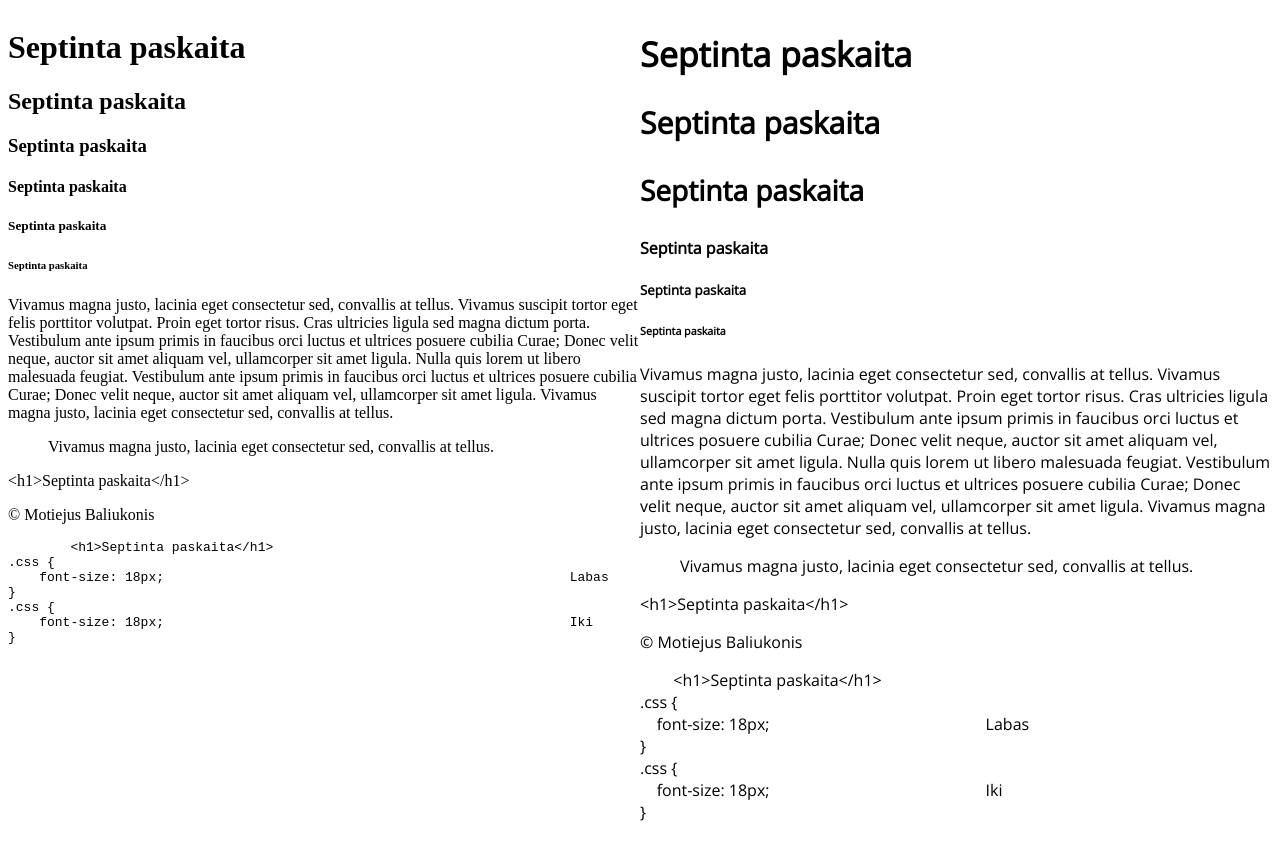
Repository: motiejus1/07-paskaita-05.31
Page: index.html
These files come from the project's save history. The page is drawn as it stood at one moment and after a run of saves; the edit follows.
The browser window is 1280 px wide. The pictures show the whole page.

Above is the page before, as saved 2021-06-10 19:51:27.

### index.html
<!DOCTYPE html>
<html lang="en">
<head>
    <meta charset="UTF-8">
    <meta http-equiv="X-UA-Compatible" content="IE=edge">
    <meta name="viewport" content="width=device-width, initial-scale=1.0">
    <title>Septinta paskaita</title>

    <link rel="preconnect" href="https://fonts.gstatic.com">
    <link href="https://fonts.googleapis.com/css2?family=Open+Sans&display=swap" rel="stylesheet">

    <style>
        .container {
            width: 100%;
        }

        .left, .right {
            float:left;
            width: 50%;
        }

        .right {
            font-family: 'Open Sans', sans-serif;
        }

        .right pre {
            font-family: 'Open Sans', sans-serif;
        }


        .right h1 {
            /* font-family: 'Open Sans', sans-serif; */
            font-size: 34px;
        }

        .right h2 {
            font-size: 30px;
        }

        .right h3 {
            font-size: 28px;
        }

        .right h3 {
            font-size: 28px;
        }

    </style>
</head>
<body>
    <div class="container">
        <div class="left">
            <h1>Septinta paskaita</h1>
            <h2>Septinta paskaita</h2>
            <h3>Septinta paskaita</h3>
            <h4>Septinta paskaita</h4>
            <h5>Septinta paskaita</h5>
            <h6>Septinta paskaita</h6>

            <p>Vivamus magna justo, lacinia eget consectetur sed, convallis at tellus. Vivamus suscipit tortor eget felis porttitor volutpat. Proin eget tortor risus. Cras ultricies ligula sed magna dictum porta. Vestibulum ante ipsum primis in faucibus orci luctus et ultrices posuere cubilia Curae; Donec velit neque, auctor sit amet aliquam vel, ullamcorper sit amet ligula. Nulla quis lorem ut libero malesuada feugiat. Vestibulum ante ipsum primis in faucibus orci luctus et ultrices posuere cubilia Curae; Donec velit neque, auctor sit amet aliquam vel, ullamcorper sit amet ligula. Vivamus magna justo, lacinia eget consectetur sed, convallis at tellus.</p>

            <blockquote>Vivamus magna justo, lacinia eget consectetur sed, convallis at tellus.</blockquote>

            <p> &lt;h1&gt;Septinta paskaita&lt;/h1&gt;  </p>
            <p>&copy; Motiejus Baliukonis</p>

            <pre>
        &lt;h1&gt;Septinta paskaita&lt;/h1&gt;
.css {
    font-size: 18px;                                                    Labas
}
.css {
    font-size: 18px;                                                    Iki
}
            </pre>
        </div>
        <div class="right">
            <h1>Septinta paskaita</h1>
            <h2>Septinta paskaita</h2>
            <h3>Septinta paskaita</h3>
            <h4>Septinta paskaita</h4>
            <h5>Septinta paskaita</h5>
            <h6>Septinta paskaita</h6>

            <p>Vivamus magna justo, lacinia eget consectetur sed, convallis at tellus. Vivamus suscipit tortor eget felis porttitor volutpat. Proin eget tortor risus. Cras ultricies ligula sed magna dictum porta. Vestibulum ante ipsum primis in faucibus orci luctus et ultrices posuere cubilia Curae; Donec velit neque, auctor sit amet aliquam vel, ullamcorper sit amet ligula. Nulla quis lorem ut libero malesuada feugiat. Vestibulum ante ipsum primis in faucibus orci luctus et ultrices posuere cubilia Curae; Donec velit neque, auctor sit amet aliquam vel, ullamcorper sit amet ligula. Vivamus magna justo, lacinia eget consectetur sed, convallis at tellus.</p>

            <blockquote>Vivamus magna justo, lacinia eget consectetur sed, convallis at tellus.</blockquote>

            <p> &lt;h1&gt;Septinta paskaita&lt;/h1&gt;  </p>
            <p>&copy; Motiejus Baliukonis</p>

            <pre>
        &lt;h1&gt;Septinta paskaita&lt;/h1&gt;
.css {
    font-size: 18px;                                                    Labas
}
.css {
    font-size: 18px;                                                    Iki
}
            </pre>
        </div>
    </div>
</body>
</html>

After the next 3 saves:
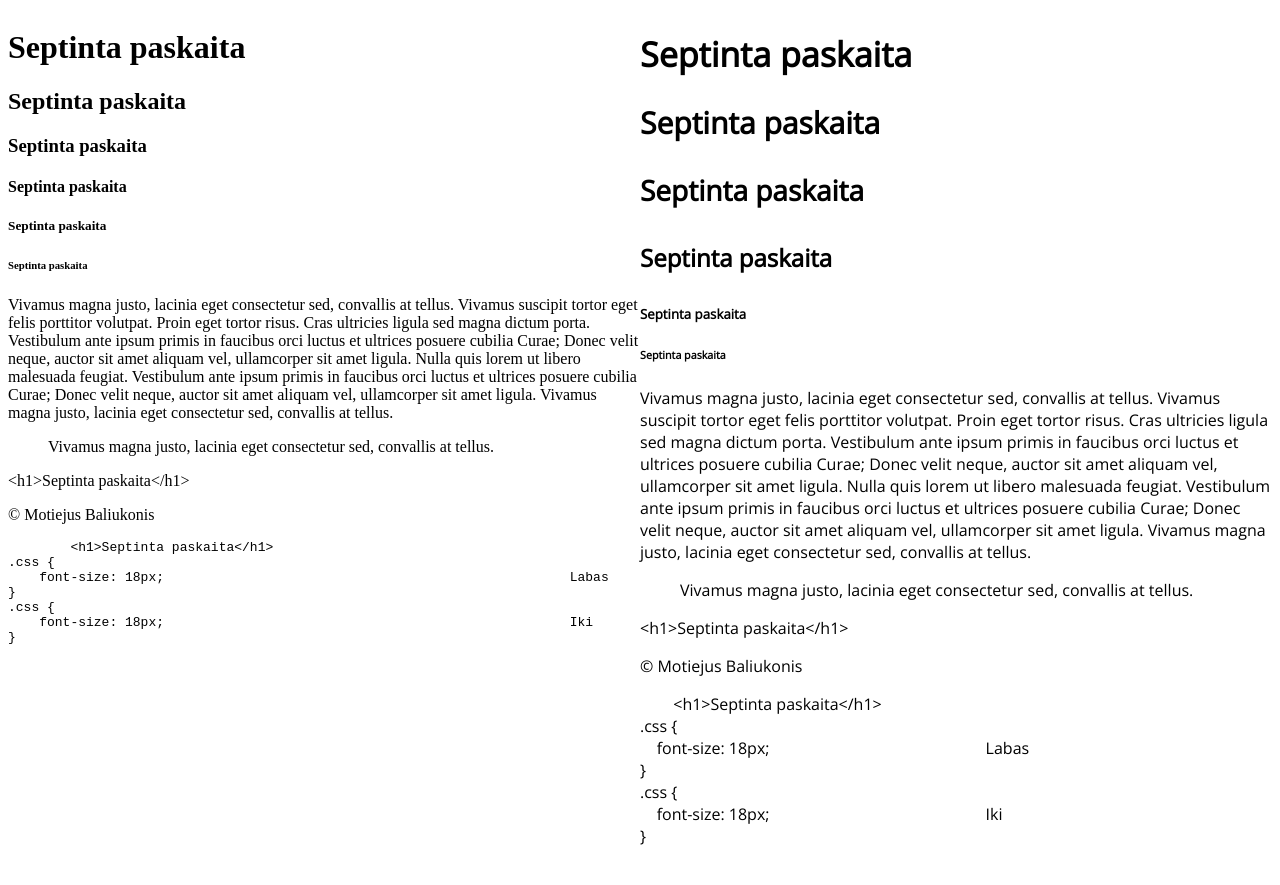
The 3 saves are shown as one change because they came seconds apart.
The last was saved 8 s later.
--- a/index.html
+++ b/index.html
@@ -41,8 +41,8 @@
             font-size: 28px;
         }
 
-        .right h3 {
-            font-size: 28px;
+        .right h4 {
+            font-size: 24px;
         }
 
     </style>
